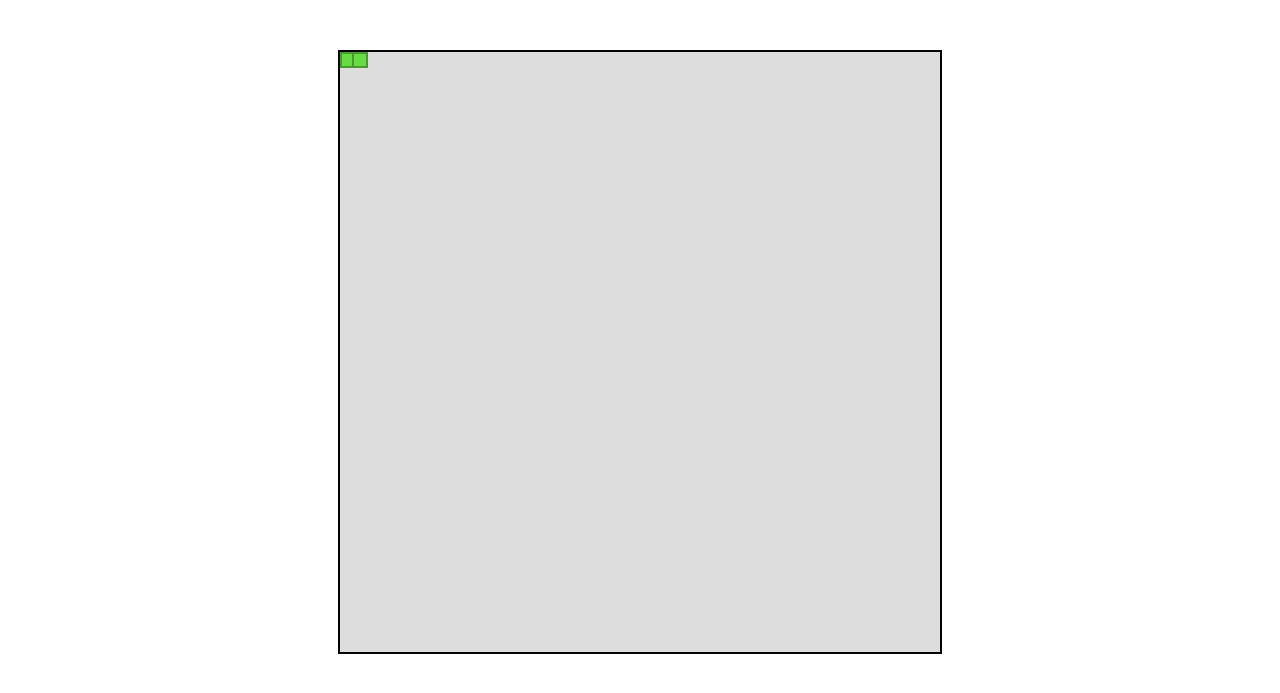
Repository: Krashgul/React_Snake_Game
Page: /
The author's editor kept a copy of each file at every save. The page is drawn from the files as they stood at one save, then again after the next save.
The browser window is 1280 px wide. The pictures show the whole page.
The project was rebuilt for these pictures with package versions that can differ from the ones it lists, and the page was loaded fresh each time.

Above is the page before, as saved 2021-02-24 00:31:51.

### src/index.css
.game-area {
  position: relative;
  margin: 50px auto;
  width: 600px;
  height: 600px;
  background-color: #ddd;
  border: 2px solid #000;
}

.snake-dot {
  position: absolute;
  width: 2%;
  height: 2%;
  background-color: rgb(104, 219, 68);
  border: 2px solid rgb(73, 153, 48);
  z-index: 2;
}

.snake-food {
  position: absolute;
  width: 2%;
  height: 2%;
  background: rgb(66, 60, 60);
  border: 1px solid #000;
  z-index: 1;
}

### src/App.js
import React, { Component } from 'react';
import Snake from './Snake';
import Food from './Food';

const getRandomCoordinates = () => {
  let min = 1;
  let max = 98;
  let x = Math.floor((Math.random()*(max-min+1)+min)/2)*2;
  let y =  Math.floor((Math.random()*(max-min+1)+min)/2)*2;
  return [x,y]
}

class App extends Component  {

  state = {
    food: [getRandomCoordinates],
    snakeDots: [
      [0, 0],
      [2, 0]
    ]
  }


  render() {
    return (
      <div className="game-area">
        <Snake snakeDots={this.state.snakeDots}/>
        <Food dot={this.state.food}/>
      </div>
    );
  }
}

export default App;

### src/Snake.js
import React from 'react';

export default (props) => {
  return (
    <div>
      {props.snakeDots.map((dot, i) => {
        const style = {
          left: `${dot[0]}%`,
          top: `${dot[1]}%`
        }
        return (
          <div className="snake-dot" key={i} style={style}></div>
        )
      })}
    </div>
  )
}

Loaded but not shown: public/index.html (common file); src/index.js (common file); src/serviceWorker.js (common file); src/Food.js (common file)

After the next save:
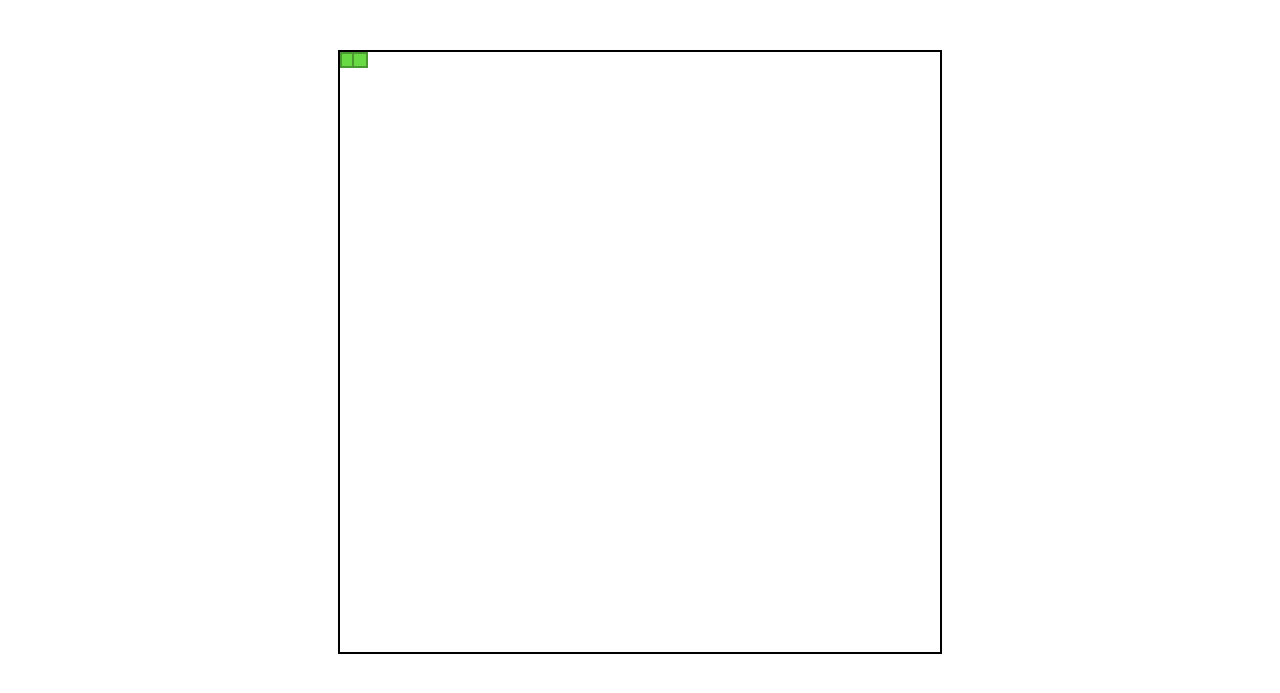
Saved 54 s later.
--- a/src/index.css
+++ b/src/index.css
@@ -3,7 +3,7 @@
   margin: 50px auto;
   width: 600px;
   height: 600px;
-  background-color: #ddd;
+
   border: 2px solid #000;
 }
 

After the save that followed:
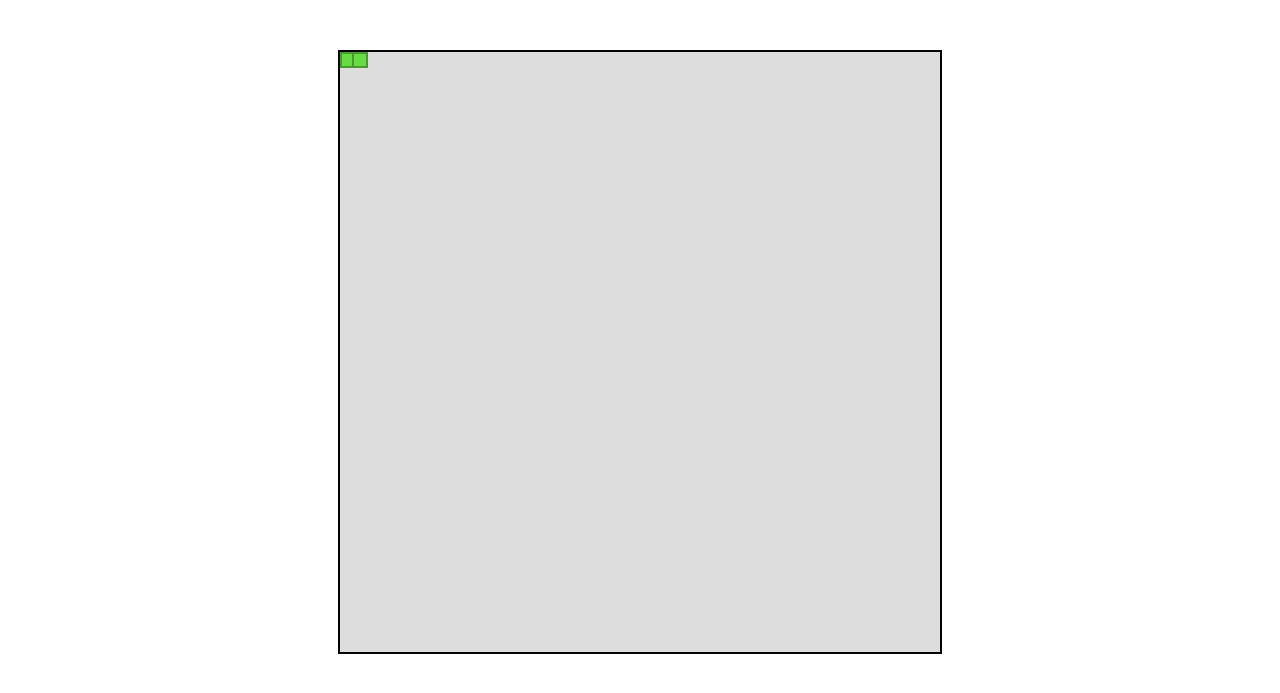
Saved 31 s later.
--- a/src/index.css
+++ b/src/index.css
@@ -3,7 +3,7 @@
   margin: 50px auto;
   width: 600px;
   height: 600px;
-
+  background-color: #ddd;
   border: 2px solid #000;
 }
 
